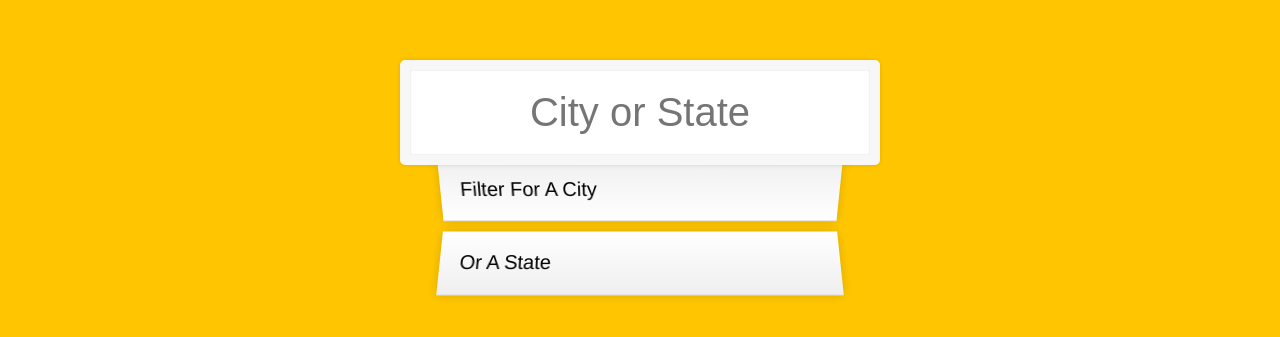
Repository: Saieebawake/Type-Ahead-City-or-State-Search
Page: index.html
These files come from the project's save history. The page is drawn as it stood at one moment and after a run of saves; the edit follows.
The browser window is 1280 px wide. The pictures show the whole page.
The page's requests for data from a server got no answer.

Above is the page before, as saved 2026-09-27 20:46:57.

### index.html
<!DOCTYPE html>
<html lang="en">
<head>
    <meta charset="UTF-8">
    <meta name="viewport" content="width=device-width, initial-scale=1.0">
    <title>Type Ahead</title>
    <link rel="stylesheet" href="style.css">
</head>
<body>
    <form class="search-form">
        <input type="text" class="search" placeholder="City or State">
        <ul class="suggestions">
            <li>Filter for a city</li>
            <li>or a state</li>
        </ul>
    </form>
    <script src="script.js"></script>
</body>
</html>

### style.css
html {
    box-sizing: border-box;
    background: #ffc600;
    font-family: 'helvetica neue';
    font-size: 20px;
    font-weight: 200;
}

*, *:before, *:after {
    box-sizing: inherit;
}

input {
    width: 100%;
    padding: 20px;
}

.search-form {
    max-width: 400px;
    margin: 50px auto;
}

input.search {
    margin: 0;
    text-align: center;
    outline: 0;
    border: 10px solid #f7f7f7;
    width: 120%;
    left: -10%;
    position: relative;
    top: 10px;
    z-index: 2;
    border-radius: 5px;
    font-size: 40px;
    box-shadow: 0 0 5px rgba(0, 0, 0, 0.12), inset 0 0 2px rgba(0, 0, 0, 0.19);
}

.suggestions {
    margin: 0;
    padding: 0;
    position: relative;
}

.suggestions li {
    background: white;
    list-style: none;
    border-bottom: 1px solid #d8d8d8;
    box-shadow: 0 0 10px rgba(0, 0, 0, 0.14);
    margin: 0;
    padding: 20px;
    transition: background 0.2s;
    display: flex;
    justify-content: space-between;
    text-transform: capitalize;
}

.suggestions li:nth-child(even) {
    margin-top: 10px;
    transform: perspective(100px) rotateX(3deg) translateY(2px) scale(1.001);
    background: linear-gradient(to bottom, #ffffff 0%, #efefef 100%);
}

.suggestions li:nth-child(odd) {
    transform: perspective(100px) rotateX(-3deg) translateY(3px);
    background: linear-gradient(to top, #ffffff 0%, #efefef 100%);
}

span.population {
    font-size: 15px;
}

.hl {
    background: #ffc600;
}

### script.js
const endpoint = 'https://gist.githubusercontent.com/Miserlou/c5cd8364bf9b2420bb29/raw/2bf258763cdddd704f8ffd3ea9a3e81d25e2c6f6/cities.json'

const cities = [];

fetch(endpoint)
.then(blob => blob.json())
.then(data => cities.push(...data))

function findMatches(wordToMatch, cities) {
    return cities.filter(place => {
        const regex = new RegExp(wordToMatch, 'gi');
        return place.city.match(regex) || place.state.match(regex)
    });
}

function numberWithCommas(x) {
    return x.toString().replace(/|B(?=(\d{3})+(?!\d))/g, ',');
}

function displayMatches() {
    const matchArray = findMatches(this.value, cities);
    const html = matchArray.map(place => {
        const regex = new RegExp(this.value, 'gi');
        const cityName = place.city.replace(regex,`<span class="hl">${this.value}</span>`);
        const stateName = place.state.replace(regex,`<span class="hl">${this.value}</span>`);
        return `
        <li>
        <span class="name">${cityName}, ${stateName}</span>
        <span class="population">${numberWithCommas(place.population)}</span>
        </li>`;
    }).join('');
    suggestions.innerHTML = html;
}

const searchInput = document.querySelector('.search');
const suggestions = document.querySelector('.suggestions');

searchInput.addEventListener('change', displayMatches);
searchInput.addEventListener('keyup', displayMatches);

After the next 3 saves:
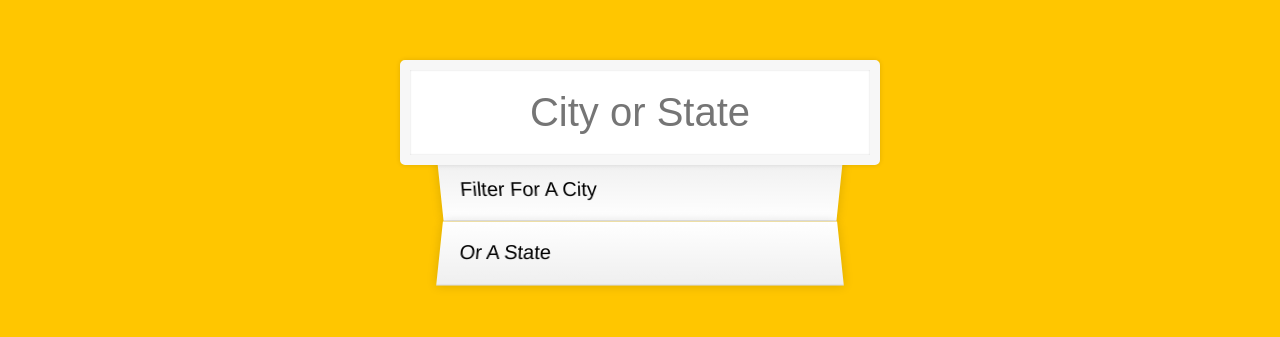
The 3 saves are shown as one change because they came seconds apart.
The last was saved 11 s later.
--- a/style.css
+++ b/style.css
@@ -55,12 +55,12 @@ input.search {
 }
 
 .suggestions li:nth-child(even) {
-    margin-top: 10px;
     transform: perspective(100px) rotateX(3deg) translateY(2px) scale(1.001);
     background: linear-gradient(to bottom, #ffffff 0%, #efefef 100%);
 }
 
 .suggestions li:nth-child(odd) {
+
     transform: perspective(100px) rotateX(-3deg) translateY(3px);
     background: linear-gradient(to top, #ffffff 0%, #efefef 100%);
 }
